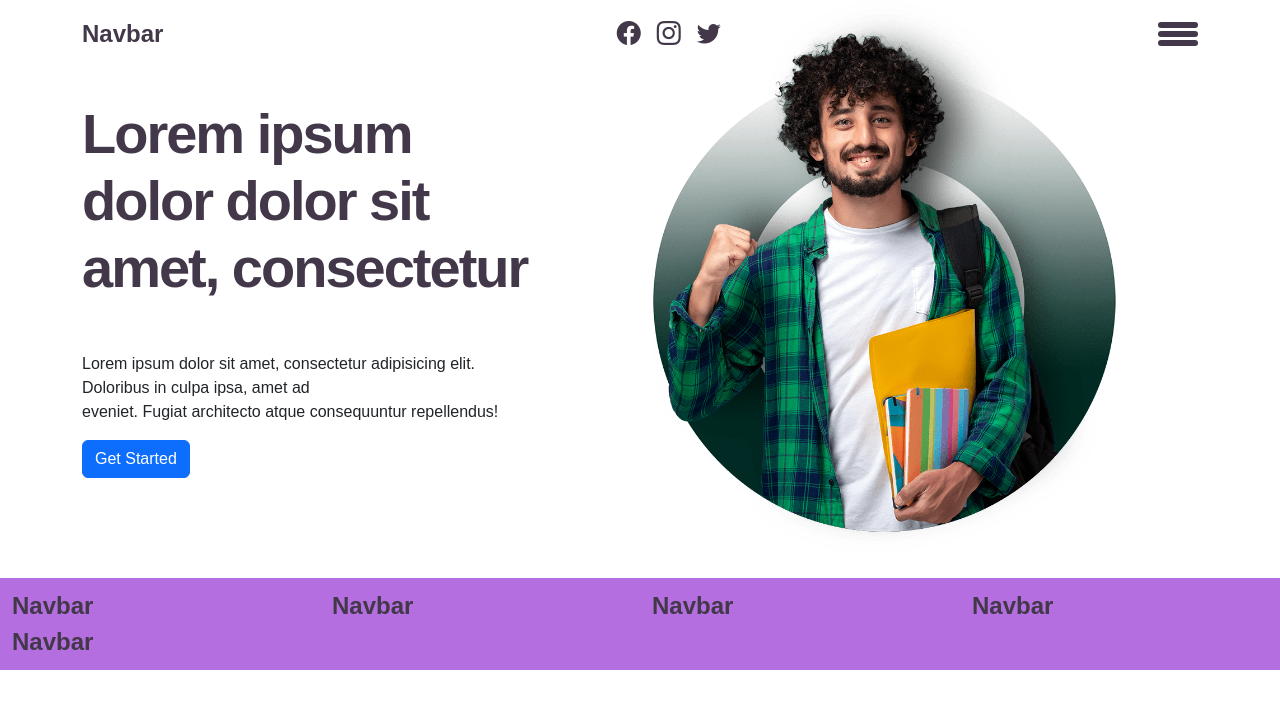
Repository: tagnam/project27012025
Page: index.html
These files come from the project's save history. The page is drawn as it stood at one moment and after the next save; the edit follows.
The browser window is 1280 px wide. The pictures show the whole page.

Above is the page before, as saved 2025-01-27 16:07:45.

### index.html
<!DOCTYPE html>
<html lang="en">
<head>
    <meta charset="UTF-8">
    <meta name="viewport" content="width=device-width, initial-scale=1.0">
    <link href="https://cdn.jsdelivr.net/npm/bootstrap@5.3.3/dist/css/bootstrap.min.css" rel="stylesheet" integrity="sha384-QWTKZyjpPEjISv5WaRU9OFeRpok6YctnYmDr5pNlyT2bRjXh0JMhjY6hW+ALEwIH" crossorigin="anonymous">
    <link rel="stylesheet" href="style/css/index.css">
    <link rel="stylesheet" href="style/css/animation.css">
    <link rel="stylesheet" href="style/css/responsive.css">
    <title>project27012025</title>
</head>
<body>
<header>
    <!-- --------------------------------------------start nav bar ------------------------------->
    <nav class="navbar navbar-expand-lg custom-nav">
        <div class="container">
          <div class="collapse navbar-collapse justify-content-between" id="navbarSupportedContent">
            <a class="navbar-brand" href="#">Navbar</a>
            <ul class="navbar-nav  ">

              <li class="nav-item">
                <a class="nav-link" href="#"><i class="bi bi-facebook"></i></a>
              </li>
              <li class="nav-item">
                <a class="nav-link" href="#"><i class="bi bi-instagram"></i></a>
              </li>
              <li class="nav-item">
                <a class="nav-link" href="#"><i class="bi bi-twitter"></i></a>
              </li>
            </ul>
            <div class="d-flex">
               <div class="menu-container" type="button" data-bs-toggle="offcanvas" data-bs-target="#offcanvasExample" aria-controls="offcanvasExample">
                <span class="span-menu-01 menu-icon"></span>
                <span class="span-menu-02 menu-icon"></span>
                <span class="span-menu-03 menu-icon"></span>
            </div>
            </div>
          </div>
        </div>
      </nav>

      <!-- ------------------------------start offcanvas ---------------------------------------->
      <div class="offcanvas offcanvas-start " tabindex="-1" id="offcanvasExample" aria-labelledby="offcanvasExampleLabel">
        <div class="offcanvas-header">
          <h5 class="offcanvas-title" id="offcanvasExampleLabel">Offcanvas</h5>
          <button type="button" class="btn-close text-reset" data-bs-dismiss="offcanvas" aria-label="Close"></button>
        </div>
        <div class="offcanvas-body">
          <div>
            Some text as placeholder. In real life you can have the elements you have chosen. Like, text, images, lists, etc.
          </div>
          <div class="dropdown mt-3">
            <button class="btn btn-secondary dropdown-toggle" type="button" id="dropdownMenuButton" data-bs-toggle="dropdown">
              Dropdown button
            </button>
            <ul class="dropdown-menu" aria-labelledby="dropdownMenuButton">
              <li><a class="dropdown-item" href="#">Action</a></li>
              <li><a class="dropdown-item" href="#">Another action</a></li>
              <li><a class="dropdown-item" href="#">Something else here</a></li>
            </ul>
          </div>
        </div>
      </div>
       <!-- -----------------------------end offcanvas ------------------------------------------->
      <!------------------------------------------------ end navbar ----------------------------->


</header>
<section class="hero-section">
    <div  class="container" style="height: 100%;">
        <div class="row" >
            <div class="col-lg-6 col-md-6 col-sm-12">
                <div class="banner-content ">
                    <h1>Lorem ipsum dolor  dolor sit amet, consectetur </h1>
                    <p>Lorem ipsum dolor sit amet, consectetur adipisicing elit. Doloribus in culpa ipsa, amet ad<br> eveniet. Fugiat architecto atque consequuntur repellendus!</p>
                    <button class="btn btn-primary">Get Started</button>
                </div>
            </div>
            <div class="col-lg-6 col-md-6 col-sm-12">
                <div class="banner-img d-flex justify-content-end">
                    <img src="image/hero-banner-01.webp" class="w-100" alt="">

            </div>

        </div>
    </div>
    <!-- <div class="row">
        <div class="col-lg-6 col-md-6 col-sm-12 d-flex justify-content-start">
            <div class="banner-btn">
                <a class="btn custom-btn btn-outline-success"> Get Started </a>
            </div>
        </div>
        <div class="col-lg-6 col-md-6 col-sm-12 d-flex justify-content-end">
             <div class="banner-footer-text">
                <p>Lorem ipsum dolor sit amet <br>consectetur adipisicing elit. Numquam, vel.</p>
             </div>

    </div>
 </div> -->
  </section>


<section class="client-section">
    <div class="container-fluid">
       <div class="row d-flex">

        <a class="navbar-brand w-25" href="#">Navbar</a>
        <a class="navbar-brand w-25" href="#">Navbar</a>
        <a class="navbar-brand w-25" href="#">Navbar</a>
        <a class="navbar-brand w-25" href="#">Navbar</a>
        <a class="navbar-brand w-25" href="#">Navbar</a>
    </div>
    </div>
</section>
<script src="https://cdn.jsdelivr.net/npm/bootstrap@5.3.3/dist/js/bootstrap.bundle.min.js" integrity="sha384-YvpcrYf0tY3lHB60NNkmXc5s9fDVZLESaAA55NDzOxhy9GkcIdslK1eN7N6jIeHz" crossorigin="anonymous"></script>
<script src="style/js/custom.js"></script>
</body>
</html>

### style/css/index.css
@import url("https://cdn.jsdelivr.net/npm/bootstrap-icons@1.11.3/font/bootstrap-icons.min.css");

*{
 margin: 0;
padding: 0;
box-sizing: border-box;
}

:root{
    --dark-color:#423849;
    --semi-dark-color:#b46ee0;
    --light-color:#d287d4;
    --white-color:#fff;
    --main-heading-font-size: 3.5rem;
    --subheading-font-size: 2rem;
    --paragraph-font-size: 1rem;


}


body{
    font-family: 'Poppins', sans-serif;


}

header{
    position: fixed;
    top: 0;
    z-index: 1000;
width: 100%;
}

.navbar-brand{
    font-size: 1.5rem;
    font-weight: 800;
    color: var(--dark-color);
}

.menu-icon{
    display: block;
    width: 40px;
    height: 6px;
    background-color: var(--dark-color);
    margin: 3px auto;
    border-radius: 20px;
    cursor: pointer;
}


.nav-link .bi{
    font-size: 1.5rem;
    color: var(--dark-color);
}

.banner-content{
    margin: 100px auto;
    padding-right: 100px;
}

.banner-content h1{
    color: var(--dark-color);
    font-weight: 800;
    /* font-size: 55px; */
    font-size: var(--main-heading-font-size);
    letter-spacing: -2px;
    margin: 50px 0px;
}
/* .hero-section{
   background-image: url(/image/business-banner.jpg);
    background-size: cover;
    background-position: center;
    height: 100vh;
} */

.banner-footer-text p{
    color: var(--dark-color);

}


.client-section{
    background-color: var(--semi-dark-color);
    padding: 10px 0px;
}

Loaded but not shown: style/js/custom.js (no copy from this time; the picture is the same without it); style/css/animation.css (no stored copy; drawn as an empty file); style/css/responsive.css (no stored copy; drawn as an empty file)

After the next save:
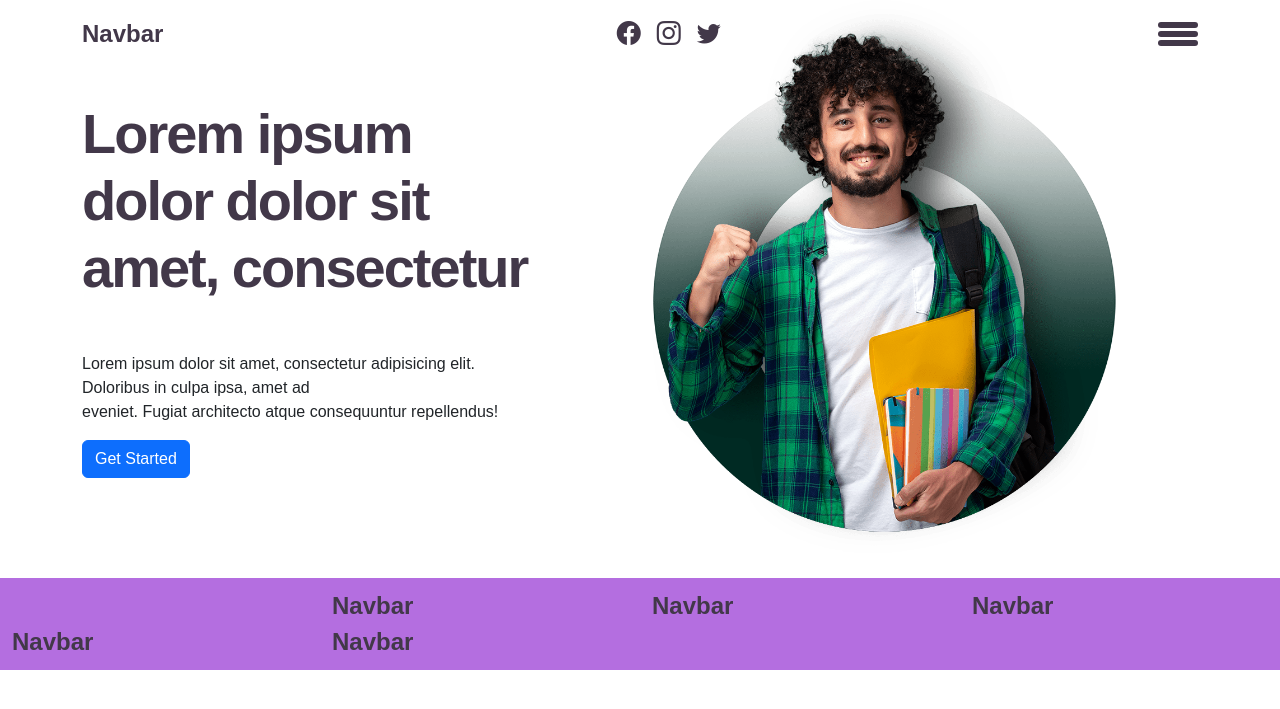
Saved 4 s later.
--- a/index.html
+++ b/index.html
@@ -103,7 +103,9 @@
 <section class="client-section">
     <div class="container-fluid">
        <div class="row d-flex">
+        <div class="col">
 
+        </div>
         <a class="navbar-brand w-25" href="#">Navbar</a>
         <a class="navbar-brand w-25" href="#">Navbar</a>
         <a class="navbar-brand w-25" href="#">Navbar</a>

After the save that followed:
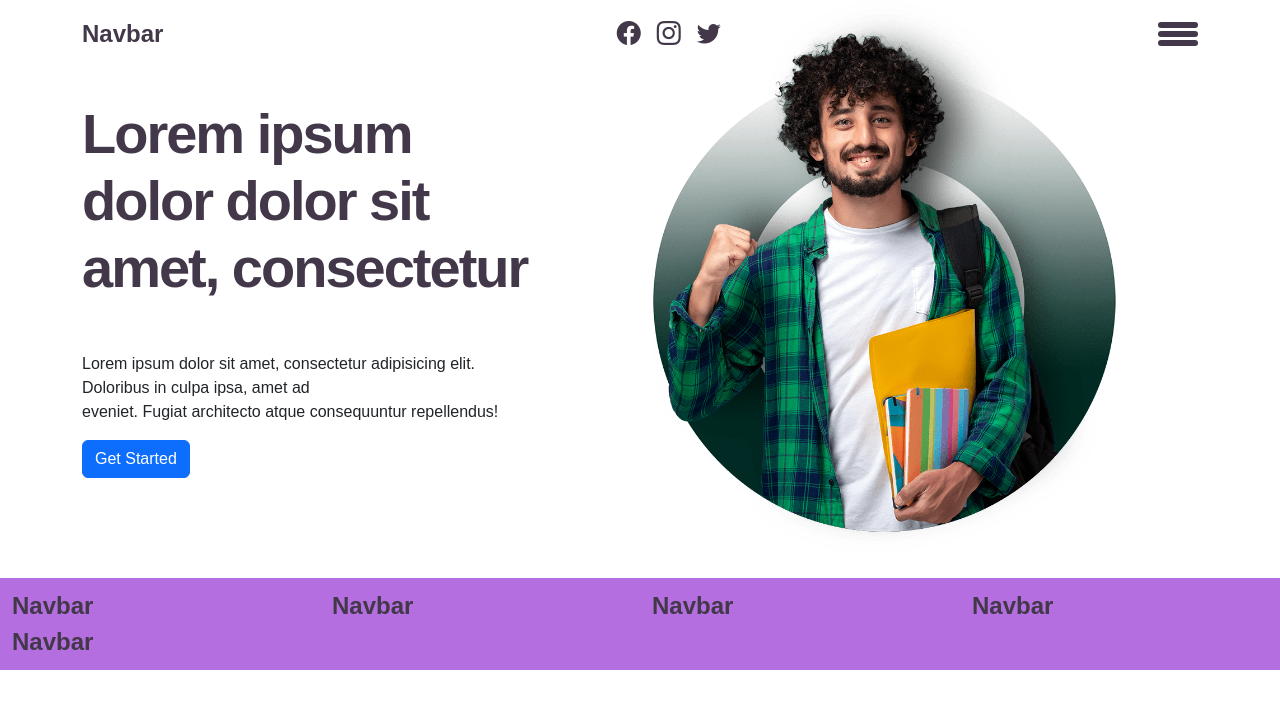
Saved 7 s later.
--- a/index.html
+++ b/index.html
@@ -104,9 +104,9 @@
     <div class="container-fluid">
        <div class="row d-flex">
         <div class="col">
+            <a class="navbar-brand w-25" href="#">Navbar</a>
+        </div>
 
-        </div>
-        <a class="navbar-brand w-25" href="#">Navbar</a>
         <a class="navbar-brand w-25" href="#">Navbar</a>
         <a class="navbar-brand w-25" href="#">Navbar</a>
         <a class="navbar-brand w-25" href="#">Navbar</a>
